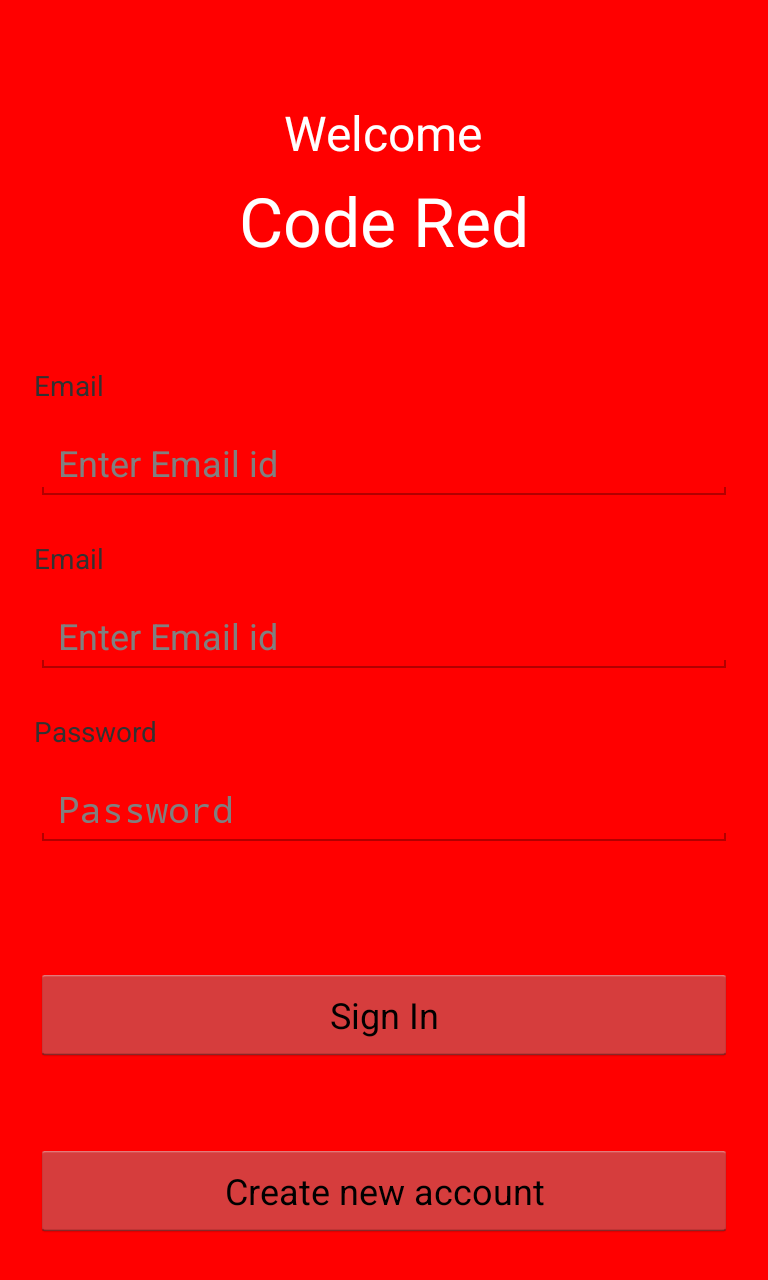
Repository: coderedteam/codered
Layout: AndroidSourceCode/CodeRed/res/layout/activity_registeration.xml
These files come from the project's save history. The layout is drawn as it stood at one moment and after the next save; the edit follows.
It is drawn on a 768 x 1280 px phone screen (xhdpi) without system bars, with theme AppTheme; the app's code is not run.

Above is the layout before, as saved 2014-11-27 10:35:57.

### AndroidSourceCode/CodeRed/res/layout/activity_registeration.xml
<LinearLayout xmlns:android="http://schemas.android.com/apk/res/android"
    xmlns:tools="http://schemas.android.com/tools"
    android:layout_width="match_parent"
    android:layout_height="match_parent"
    android:background="@color/red"
    android:orientation="vertical"
    tools:context="${relativePackage}.${activityClass}" >

    <LinearLayout
        android:layout_width="match_parent"
        android:layout_height="wrap_content"
        android:layout_marginBottom="50dip"
        android:gravity="top"
        android:orientation="vertical" >

        <TextView
            android:id="@+id/txtWelcome"
            android:layout_width="wrap_content"
            android:layout_height="wrap_content"
            android:layout_gravity="center_horizontal"
            android:layout_marginTop="50dip"
            android:text="@string/lblWelcome"
            android:textColor="@color/white"
            android:textSize="24sp" />

        <TextView
            android:id="@+id/txtMoonshot"
            android:layout_width="wrap_content"
            android:layout_height="wrap_content"
            android:layout_gravity="center_horizontal"
            android:layout_marginTop="5dip"
            android:text="@string/app_name"
            android:textColor="@color/white"
            android:textSize="34sp" />
    </LinearLayout>

    <LinearLayout
        android:id="@+id/layoutLogin"
        android:layout_width="match_parent"
        android:layout_height="wrap_content"
        android:layout_marginLeft="@dimen/login_container_screen_margin"
        android:layout_marginRight="@dimen/login_container_screen_margin"
        android:orientation="vertical" >






           <TextView
            android:id="@+id/lblName"
            android:layout_width="match_parent"
            android:layout_height="wrap_content"
            android:paddingBottom="@dimen/margin_small_layout"
            android:text="@string/lblEmail" />

        <EditText
            android:id="@+id/txtName"
            android:layout_width="match_parent"
            android:layout_height="wrap_content"
            android:layout_marginBottom="@dimen/edit_view_gap_margin"
            android:hint="@string/txtDefaultEmail"
            android:inputType="textEmailAddress" >
        </EditText>







        <TextView
            android:id="@+id/lblEmail"
            android:layout_width="match_parent"
            android:layout_height="wrap_content"
            android:paddingBottom="@dimen/margin_small_layout"
            android:text="@string/lblEmail" />

        <EditText
            android:id="@+id/txtUsername"
            android:layout_width="match_parent"
            android:layout_height="wrap_content"
            android:layout_marginBottom="@dimen/edit_view_gap_margin"
            android:hint="@string/txtDefaultEmail"
            android:inputType="textEmailAddress" >
        </EditText>

        <TextView
            android:id="@+id/lblPswd"
            android:layout_width="match_parent"
            android:layout_height="wrap_content"
            android:paddingBottom="10dip"
            android:text="@string/lblPswd" />

        <EditText
            android:id="@+id/txtPassword"
            android:layout_width="match_parent"
            android:layout_height="wrap_content"
            android:hint="@string/txtDefaultPswd"
            android:inputType="textPassword" >
        </EditText>

        <TextView
            android:id="@+id/txtForgotPswd"
            android:layout_width="match_parent"
            android:layout_height="wrap_content"
            android:layout_marginBottom="20dip"
            android:layout_marginTop="20dip" />

        <LinearLayout
            android:id="@+id/layoutButton"
            android:layout_width="match_parent"
            android:layout_height="wrap_content"
            android:orientation="vertical" >

            <Button
                android:id="@+id/btnSignIn"
                android:layout_width="match_parent"
                android:layout_height="wrap_content"
                android:contentDescription="@string/txtBtnSignIn"
                android:text="@string/txtBtnSignIn" />

            <LinearLayout
                android:id="@+id/layoutSeperator"
                android:layout_width="match_parent"
                android:layout_height="wrap_content"
                android:layout_marginBottom="20dp"
                android:layout_marginTop="20dip"
                android:orientation="horizontal" >
            </LinearLayout>

            <Button
                android:id="@+id/btnNewAccount"
                android:layout_width="match_parent"
                android:layout_height="wrap_content"
                android:contentDescription="@string/txtBtnCreateNewAccount"
                android:text="@string/txtBtnCreateNewAccount" />
        </LinearLayout>
    </LinearLayout>

</LinearLayout>

### AndroidSourceCode/CodeRed/res/values/colors.xml
<?xml version="1.0" encoding="utf-8"?>
<resources>

    <item name="blue" type="color">#0b2265</item>
    <item name="white" type="color">#FFFFFF</item>
    <item name="black" type="color">#000000</item>
    <item name="red" type="color">#FF0000</item>
    <item name="grey" type="color">#C0C0C0</item>
    <item name="transparent" type="color">#00000000</item>
    <item name="rowTextColor" type="color">#003478</item>
    <item name="btnBgColor" type="color">#b6bf00</item>
    <item name="tabBgColor" type="color">#bcdee3</item>
    <item name="darkAqua" type="color">#39919A</item>
    <item name="circle_inner_color" type="color">#0066a1</item>
    <item name="circle_outer_color" type="color">#9ACDD4</item>
    <item name="health_score_color" type="color">#252525</item>
    <item name="rowTextColorWithOpacity" type="color">#66003478</item>
    <item name="whiteWithOpacity" type="color">#77FFFFFF</item>
    <item name="whiteWithOpacity20" type="color">#33FFFFFF</item>
    <item name="navigationDrawerFontColor" type="color">#B3C8E6</item>
    <item name="bottom_bg_color" type="color">#53797d</item>

    <color name="manual_entry_circle_bg_blue">#0066A1</color>
    <color name="manual_entry_circle_bg_gray_transparent">#FFFFFF</color>

    <item name="redwithOpacity" type="color">#DDFFFFFF</item>

</resources>

### AndroidSourceCode/CodeRed/res/values/strings.xml
<?xml version="1.0" encoding="UTF-8" standalone="no"?>
<resources>

    <string name="app_name">Code Red</string>
    <string name="lblWelcome">Welcome</string>
    <string name="lblEmail">Email</string>
    <string name="txtDefaultEmail">Enter Email id</string>
    <string name="lblPswd">Password</string>
    <string name="txtDefaultPswd">Password</string>
    <string name="txtBtnSignIn">Sign In</string>
    <string name="txtBtnCreateNewAccount">Create new account</string>
    <string name="txtInternetConnectionNotPresent">Internet connection not present</string>
    <string name="dlgMsgLoginSuccess">Login in progress</string>
    <string name="txtNetworkError">Network error. Please check your internet connection</string>
    <string name="txtUnknownError">Unknown error.</string>
    <string name="txtServerError">Illegal server response.</string>
    <string name="lblName">Enter your full name.</string>
    <string name="txtName">Enter your full name.</string>

</resources>

### AndroidSourceCode/CodeRed/res/values/dimen.xml
<?xml version="1.0" encoding="utf-8"?>
<resources>

    <dimen name="login_container_screen_margin">17dp</dimen>
    <dimen name="margin_small_layout">10dip</dimen>
    <dimen name="edit_view_gap_margin">18dp</dimen>
    <dimen name="edit_left_margin">70dp</dimen>
    <dimen name="edit_right_margin">70dp</dimen>
    <dimen name="edit_left_padding">40dp</dimen>
    <dimen name="edit_right_padding">10dp</dimen>
    <dimen name="edit_bottom_padding">5dp</dimen>
    <dimen name="edit_top_padding">5dp</dimen>
    <dimen name="edit_text_size">16sp</dimen>

</resources>

Loaded but not shown: AndroidSourceCode/CodeRed/res/values/styles.xml (common file); AndroidSourceCode/CodeRed/res/values-v11/styles.xml (common file); AndroidSourceCode/CodeRed/res/values-v14/styles.xml (common file)

After the next save:
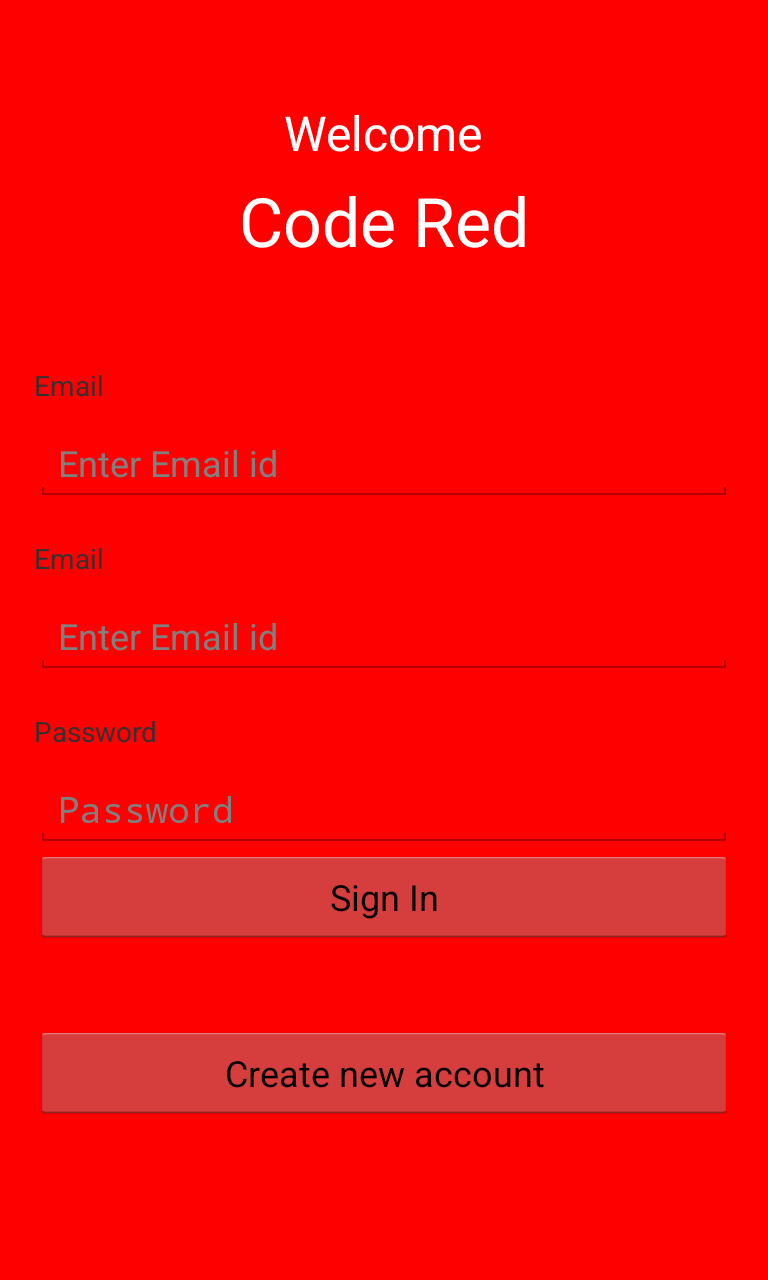
Saved 82 s later.
--- a/AndroidSourceCode/CodeRed/res/layout/activity_registeration.xml
+++ b/AndroidSourceCode/CodeRed/res/layout/activity_registeration.xml
@@ -44,9 +44,6 @@
 
 
 
-
-
-
            <TextView
             android:id="@+id/lblName"
             android:layout_width="match_parent"
@@ -62,10 +59,6 @@
             android:hint="@string/txtDefaultEmail"
             android:inputType="textEmailAddress" >
         </EditText>
-
-
-
-
 
 
 
@@ -100,12 +93,7 @@
             android:inputType="textPassword" >
         </EditText>
 
-        <TextView
-            android:id="@+id/txtForgotPswd"
-            android:layout_width="match_parent"
-            android:layout_height="wrap_content"
-            android:layout_marginBottom="20dip"
-            android:layout_marginTop="20dip" />
+
 
         <LinearLayout
             android:id="@+id/layoutButton"
